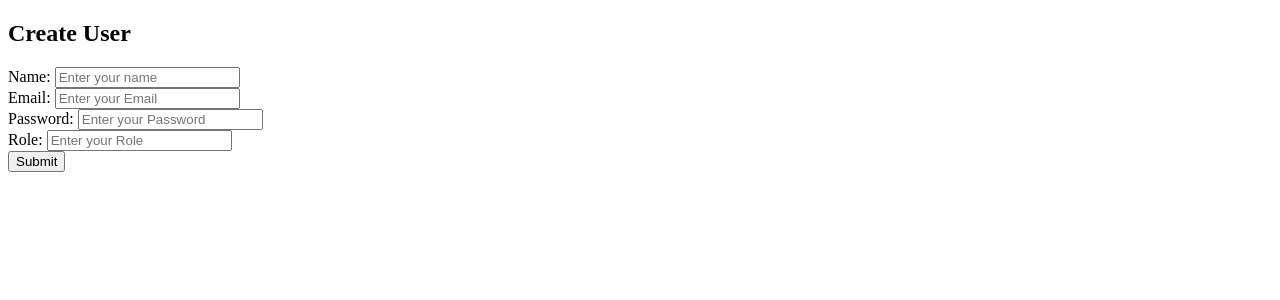
Repository: bharathabhi46/SkillSync-FrontEnd
Page: /
These files come from the project's save history. The page is drawn as it stood at one moment and after the next save; the edit follows.
The browser window is 1280 px wide. The pictures show the whole page.
The project was rebuilt for these pictures with package versions that can differ from the ones it lists, and the page was loaded fresh each time. Also part of the build but not shown: vite.config.js.

Above is the page before, as saved 2025-06-04 16:03:17.

After the next save:
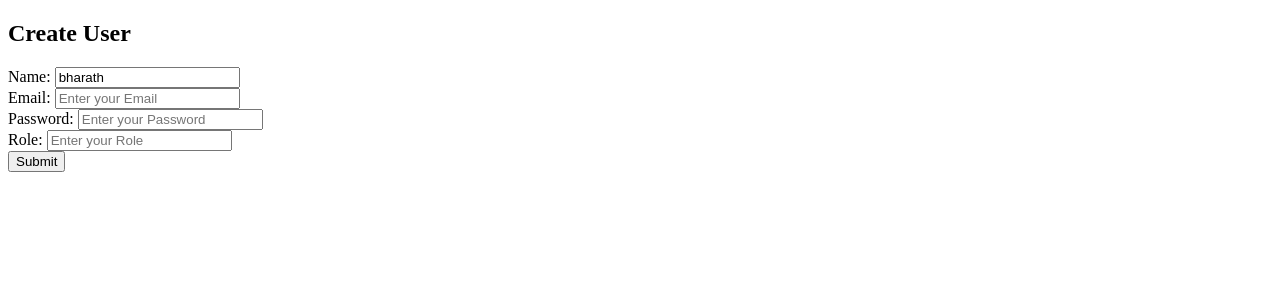
Saved 36 s later.
--- a/src/Components/CreateUser/CreateUser.jsx
+++ b/src/Components/CreateUser/CreateUser.jsx
@@ -18,7 +18,7 @@
           type="text"
           name="name"
           id="name"
-          value={users.userName}
+          value="bharath"
           placeholder="Enter your name"
         />
         <br />

After the save that followed:
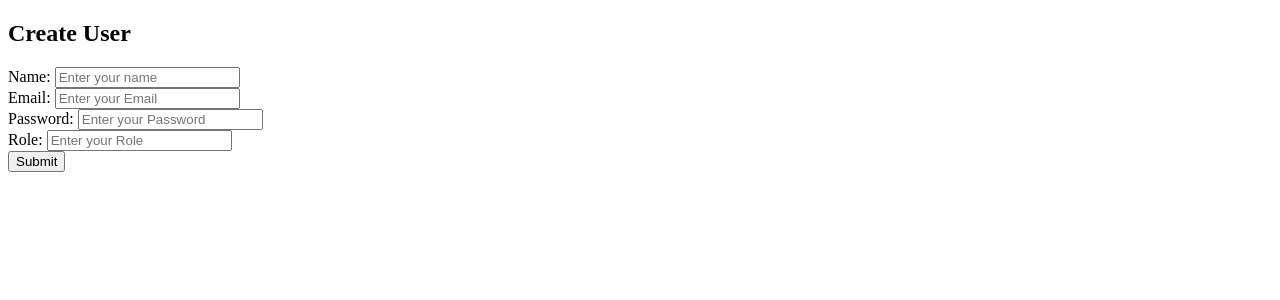
Saved 13 s later.
--- a/src/Components/CreateUser/CreateUser.jsx
+++ b/src/Components/CreateUser/CreateUser.jsx
@@ -3,7 +3,7 @@
 const CreateUser = () => {
   let [users, setUsers] = useState([
     {
-      userName: "bharath",
+      userName: "",
       Email: "",
       Password: "",
       Role: "",
@@ -18,7 +18,7 @@
           type="text"
           name="name"
           id="name"
-          value="bharath"
+          value={users.userName}
           placeholder="Enter your name"
         />
         <br />
